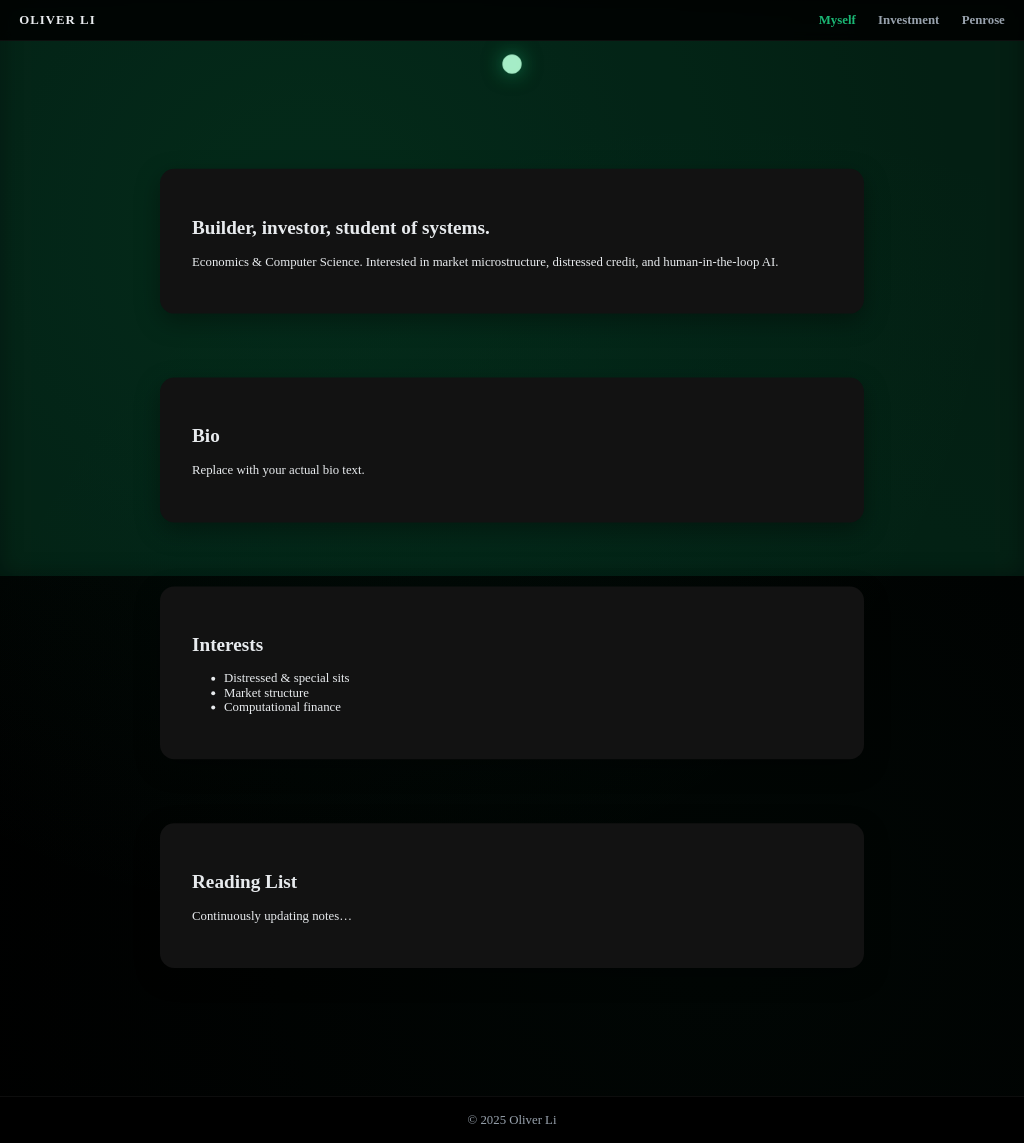
Repository: oliverli1728/portfolio
Page: index.html
These files come from the project's save history. The page is drawn as it stood at one moment and after the next save; the edit follows.
The browser window is 1280 px wide. The pictures show the whole page, at 80% of full size.
Some web fonts or font styles are not loaded; a fallback is used.

Above is the page before, as saved 2025-09-25 22:40:30.

After the next save:
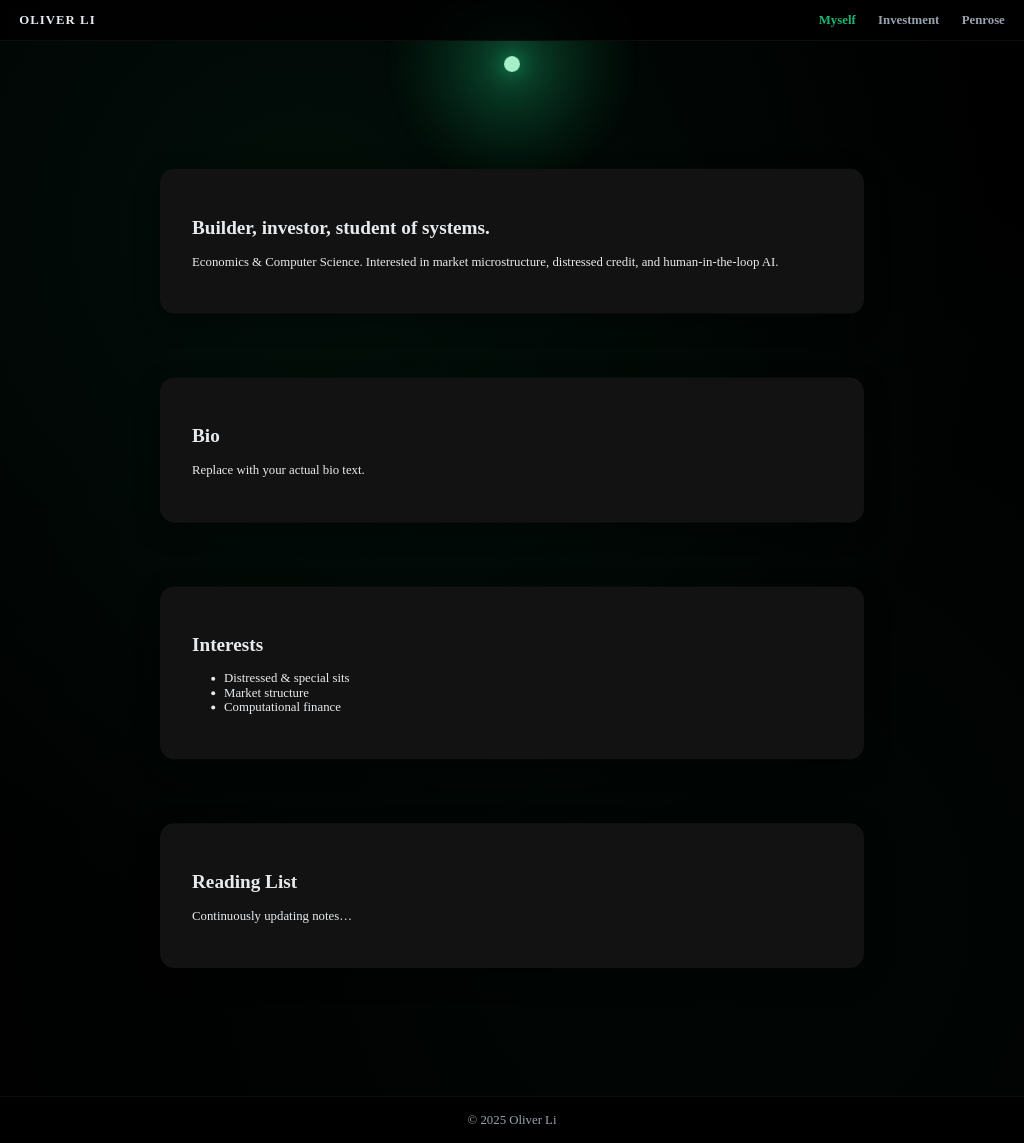
Saved 12 s later.
--- a/script.js
+++ b/script.js
@@ -37,7 +37,7 @@ window.addEventListener('popstate', () => {
   activateTab(hash);
 });
 
-// Particle system with trail
+// Main particle system that illuminates text
 const canvas = document.getElementById('particleCanvas');
 const ctx = canvas.getContext('2d');
 let width, height;
@@ -56,16 +56,21 @@ function drawParticle(){
   const pct = docHeight > 0 ? scrollTop / docHeight : 0;
   const trackHeight = height - 160;
   const y = 80 + pct * trackHeight;
-  const x = width/2 + Math.sin(pct * Math.PI * 2) * 60;
+  const x = width/2 + Math.sin(pct * Math.PI * 2) * 120;
 
-  // trail effect
-  ctx.fillStyle = 'rgba(26,183,116,0.1)';
+  // glow that fades in text
+  const gradient = ctx.createRadialGradient(x,y,0,x,y,160);
+  gradient.addColorStop(0,'rgba(26,183,116,0.25)');
+  gradient.addColorStop(1,'rgba(0,0,0,0)');
+
+  ctx.fillStyle = gradient;
   ctx.fillRect(0,0,width,height);
 
+  // central particle
   ctx.beginPath();
-  ctx.arc(x, y, 12, 0, Math.PI*2);
+  ctx.arc(x, y, 10, 0, Math.PI*2);
   ctx.fillStyle = 'rgba(183,255,216,0.9)';
-  ctx.shadowColor = 'rgba(26,183,116,0.7)';
+  ctx.shadowColor = 'rgba(26,183,116,0.8)';
   ctx.shadowBlur = 25;
   ctx.fill();
 }
@@ -84,3 +89,32 @@ const io = new IntersectionObserver(entries => {
   });
 },{ threshold:0.2 });
 faders.forEach(el => io.observe(el));
+
+// Penrose particles emitter
+const penroseCanvas = document.getElementById('penroseParticles');
+if(penroseCanvas){
+  const pctx = penroseCanvas.getContext('2d');
+  let pw, ph;
+  function resizePenrose(){ pw = penroseCanvas.width = penroseCanvas.offsetWidth; ph = penroseCanvas.height = penroseCanvas.offsetHeight; }
+  window.addEventListener('resize', resizePenrose); resizePenrose();
+
+  const particles=[];
+  function spawnParticle(){
+    particles.push({x:pw/2, y:ph/2, vx:(Math.random()-0.5)*1, vy:-Math.random()*1.5-0.5, life:100});
+  }
+
+  function drawPenrose(){
+    pctx.clearRect(0,0,pw,ph);
+    particles.forEach((p,i)=>{
+      p.x+=p.vx; p.y+=p.vy; p.life--;
+      pctx.beginPath();
+      pctx.arc(p.x,p.y,2,0,Math.PI*2);
+      pctx.fillStyle=`rgba(26,183,116,${p.life/100})`;
+      pctx.fill();
+      if(p.life<=0) particles.splice(i,1);
+    });
+    if(Math.random()<0.3) spawnParticle();
+    requestAnimationFrame(drawPenrose);
+  }
+  drawPenrose();
+}
